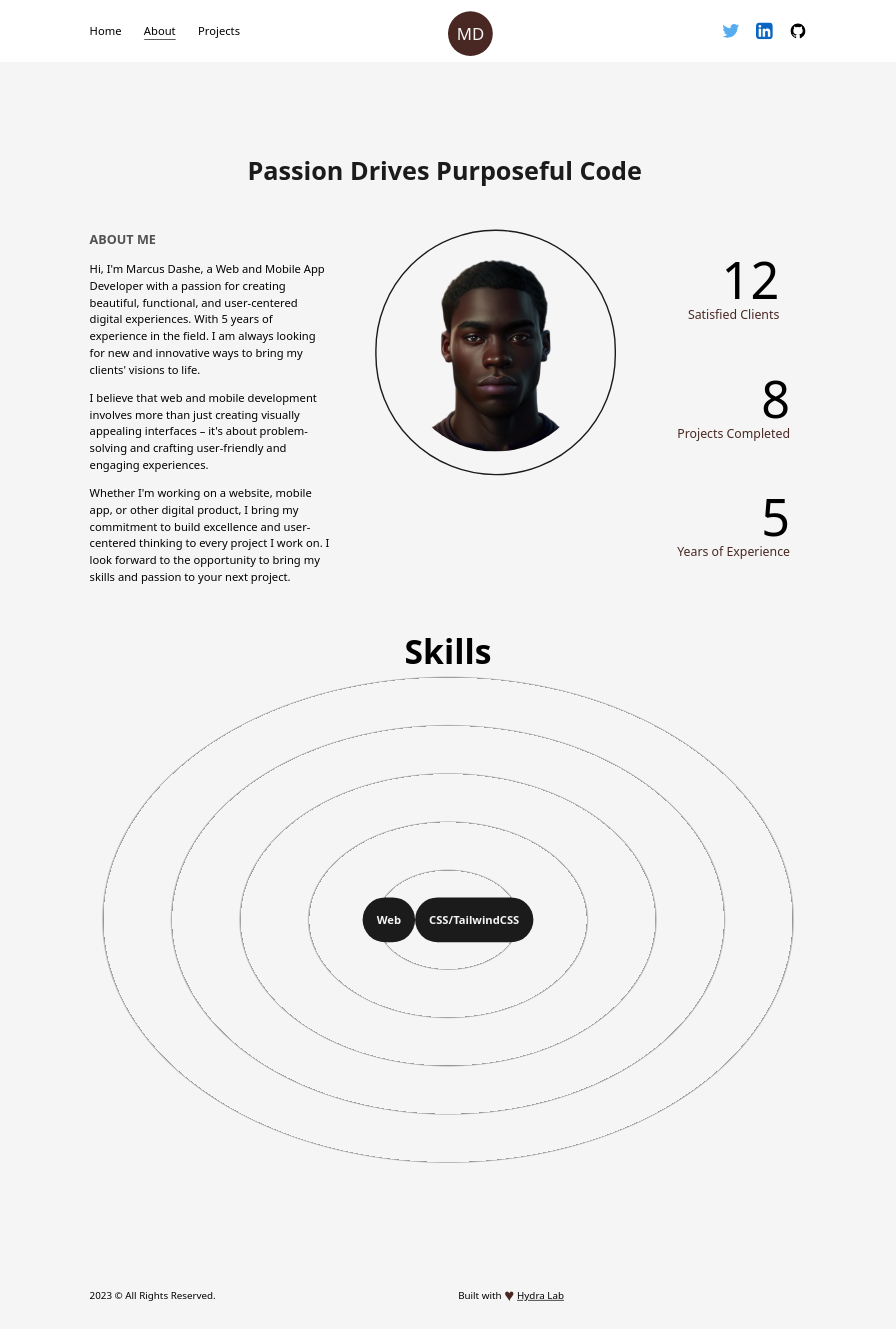
Repository: marcusdashe/situs
Page: /about
The author's editor kept a copy of each file at every save. The page is drawn from the files as they stood at one save, then again after the next save.
The browser window is 1280 px wide. The pictures show the whole page, at 70% of full size.
The project was rebuilt for these pictures with package versions that can differ from the ones it lists, and the page was loaded fresh each time. The framework's server and built-in components were replaced by stand-ins that run in the browser.

Above is the page before, as saved 2023-07-23 12:32:59.

After the next save:
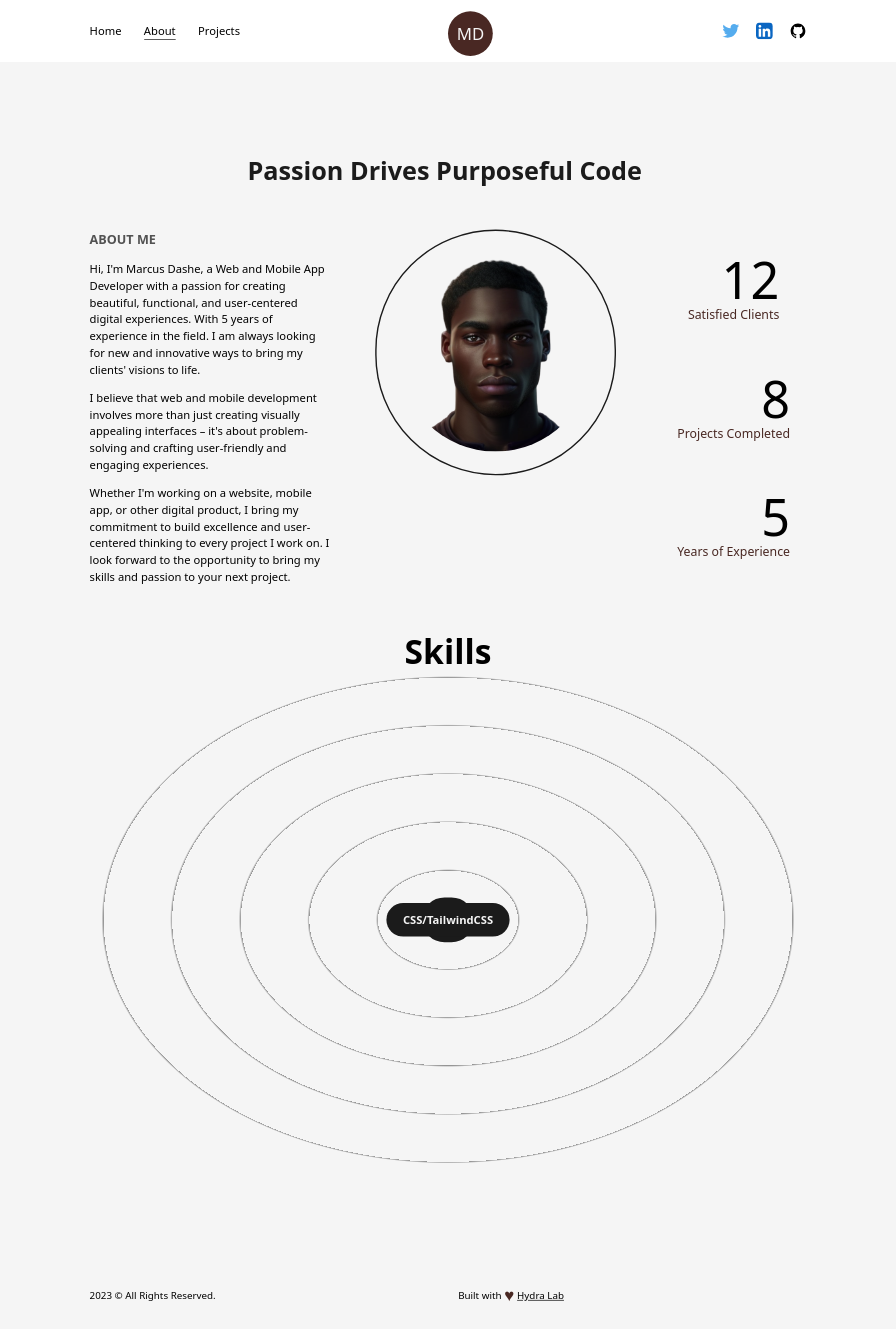
Saved 95 s later.
--- a/src/components/Skills.jsx
+++ b/src/components/Skills.jsx
@@ -4,7 +4,7 @@ import { motion } from "framer-motion";
 const Skill = ({ name, x, y }) => {
   return (
     <motion.div
-      className="flex items-center justify-center rounded-full font-semibold bg-dark text-light  p-5 shadow-dark cursor-pointer"
+      className="flex items-center justify-center rounded-full font-semibold bg-dark text-light  py-3 px-6 shadow-dark cursor-pointer absolute"
       whileHover={{ scale: 1.05 }}
     >
       {name}
